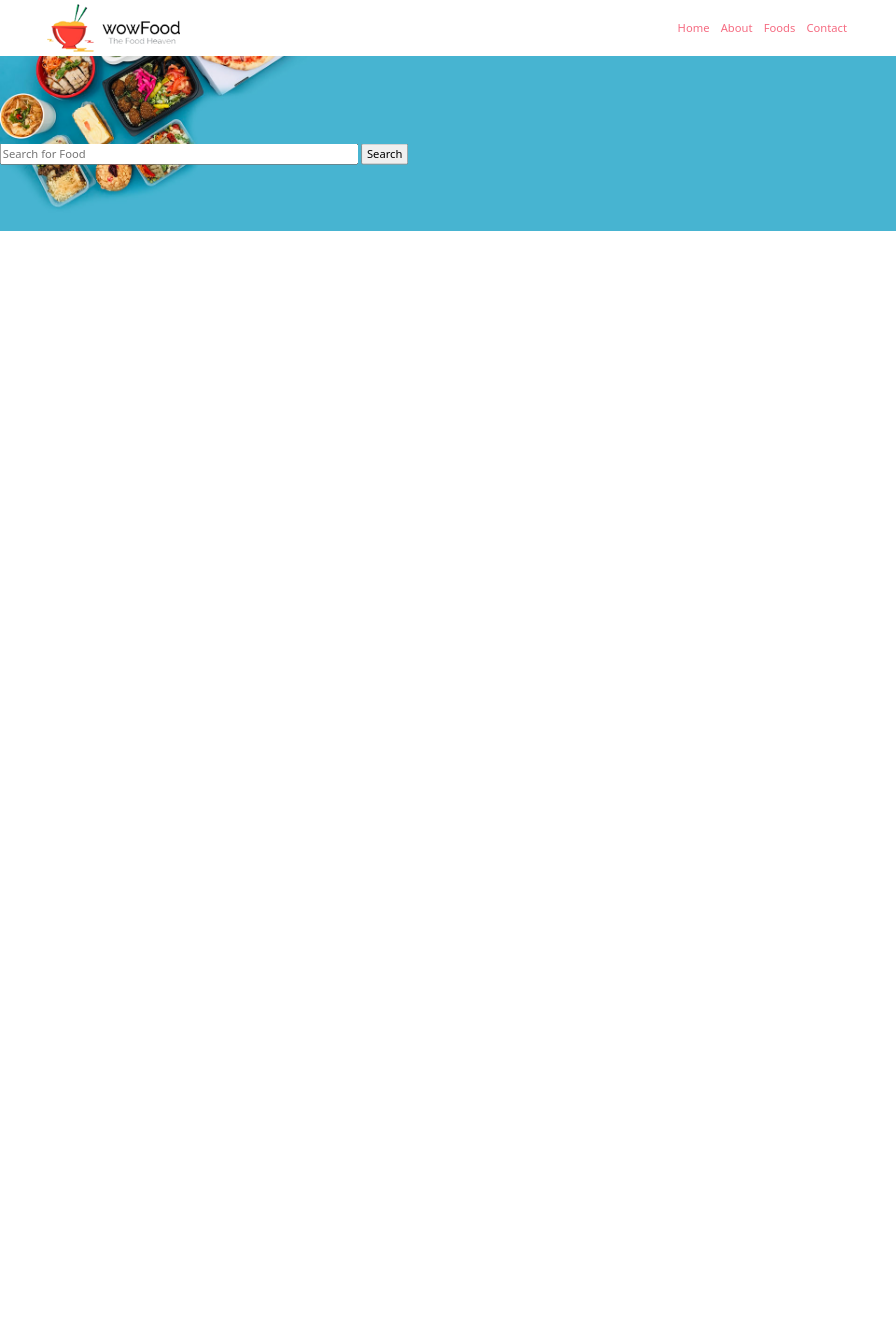
Repository: ruaruababa/RestaurantBS5
Page: html/index.html
An editor plug-in stored every save of this project. The page is shown before and after a run of saves, followed by the edit.
The browser window is 1280 px wide. The pictures show the part of the page from y = 0 to 1920 px (the page is 3000 px tall), at 70% of full size.

Above is the page before, as saved 2021-09-25 16:57:41.

### html/index.html
<!DOCTYPE html>
<html lang="en">

<head>
    <meta charset="UTF-8" />
    <meta http-equiv="X-UA-Compatible" content="IE=edge" />
    <meta name="viewport" content="width=device-width, initial-scale=1.0" />
    <title>Document</title>
    <link href="https://cdn.jsdelivr.net/npm/bootstrap@5.1.1/dist/css/bootstrap.min.css" rel="stylesheet"
        integrity="sha384-F3w7mX95PdgyTmZZMECAngseQB83DfGTowi0iMjiWaeVhAn4FJkqJByhZMI3AhiU" crossorigin="anonymous" />
    <link rel="stylesheet" href="https://cdn.jsdelivr.net/npm/bootstrap-icons@1.5.0/font/bootstrap-icons.css" />
    <link rel="stylesheet" href="/css/style.css">
</head>

<body>
        <nav class="navbar navbar-expand-lg navbar-light bg-light nav-fixed">
            <div class="container-fluid ">
                <a class="navbar-brand" href="#">
                    <img src="/img/logo.png" alt="">
                </a>
                <button class="navbar-toggler" type="button" data-bs-toggle="collapse"
                    data-bs-target="#navbarSupportedContent" aria-controls="navbarSupportedContent"
                    aria-expanded="false" aria-label="Toggle navigation">
                    <span class="navbar-toggler-icon"></span>
                </button>
                <div class="collapse navbar-collapse" id="navbarSupportedContent">
                    <ul class="navbar-nav ">
                        <li class="nav-item">
                            <a class="nav-link active nav-link-fixed" aria-current="page" href="#">Home</a>
                        </li>
                        <li class="nav-item">
                            <a class="nav-link active nav-link-fixed" aria-current="page" href="#">About</a>
                        </li>
                        <li class="nav-item">
                            <a class="nav-link active nav-link-fixed" aria-current="page" href="#">Foods</a>
                        </li>
                        <li class="nav-item">
                            <a class="nav-link active nav-link-fixed" aria-current="page" href="#">Contact</a>
                        </li>
                    </ul>
                </div>
            </div>
        </nav>

        <!-- End navbar -->

        <section>
            <div class="container-section" style=" position: relative; top: 80px;">
                <img src="/img/bg.jpg" class="img-fluid" alt="Responsive image" style="height:250px; width:100%; object-fit: cover;">
                <form action="" class="form-search" style="width: 100%; position: absolute; top: 50%; tr">
                    <input type="text" placeholder="Search for Food" style="width:40%">
                    <input type="button" value="Search">
                </form>
            </div>
        </section>

    <script src="https://cdn.jsdelivr.net/npm/bootstrap@5.1.1/dist/js/bootstrap.bundle.min.js"
        integrity="sha384-/bQdsTh/da6pkI1MST/rWKFNjaCP5gBSY4sEBT38Q/9RBh9AH40zEOg7Hlq2THRZ" crossorigin="anonymous">
    </script>
</body>

</html>

### css/style.css
body{
    height: 3000px!important;
}
.nav-fixed{
    background-color: white!important;
    padding: 0 50px;
    position: fixed;
    width: 100%;
    z-index: 1;
}
.navbar-collapse{
    justify-content: end;
}
.nav-link-fixed{
    text-align: center;
    color: #f56b81!important;
}

After the next 3 saves:
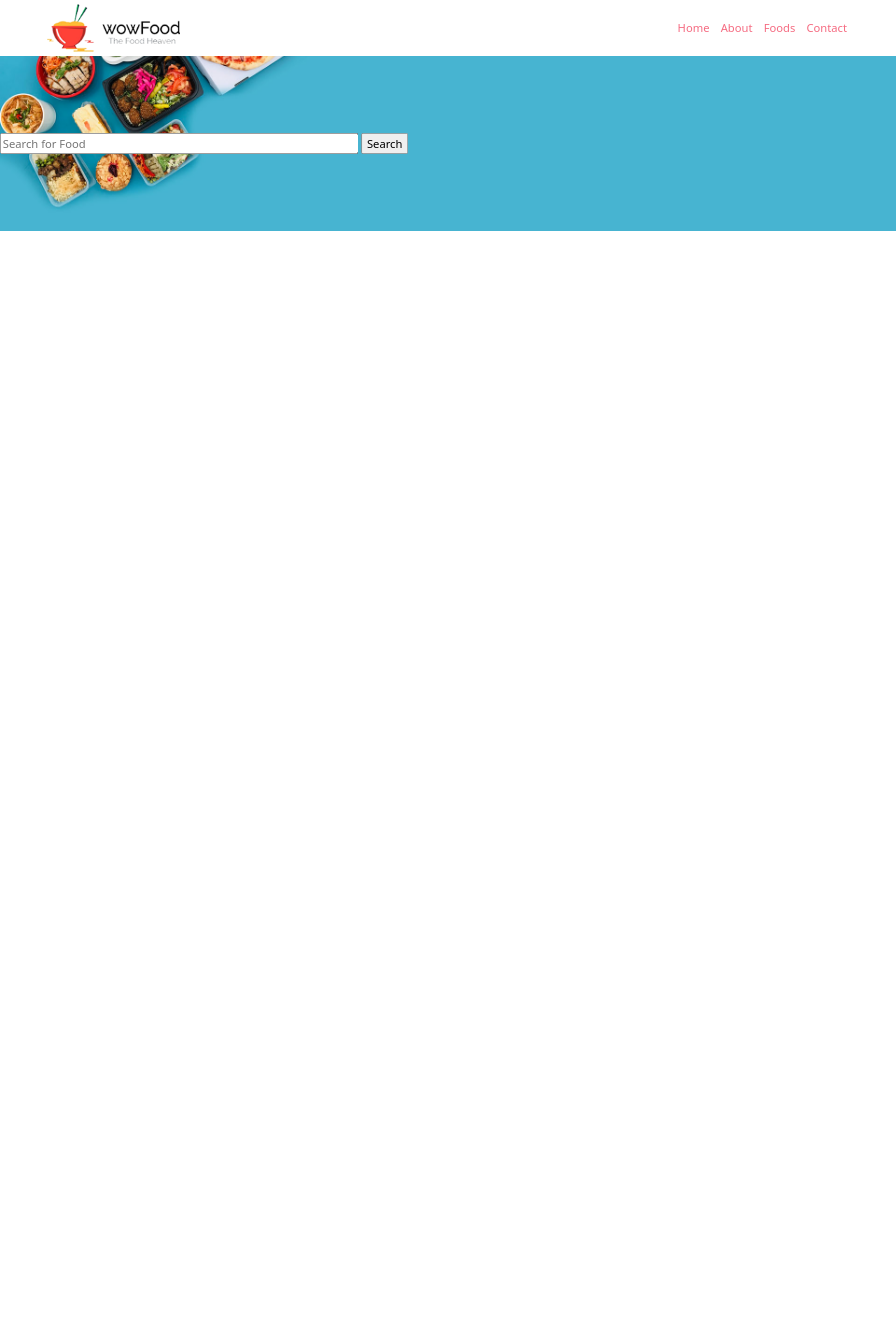
The 3 saves are shown as one change because they came seconds apart.
The last was saved 7 s later.
--- a/html/index.html
+++ b/html/index.html
@@ -47,7 +47,7 @@
         <section>
             <div class="container-section" style=" position: relative; top: 80px;">
                 <img src="/img/bg.jpg" class="img-fluid" alt="Responsive image" style="height:250px; width:100%; object-fit: cover;">
-                <form action="" class="form-search" style="width: 100%; position: absolute; top: 50%; tr">
+                <form action="" class="form-search" style="width: 100%; position: absolute; top: 50%; transform: translateY(-50%);">
                     <input type="text" placeholder="Search for Food" style="width:40%">
                     <input type="button" value="Search">
                 </form>
